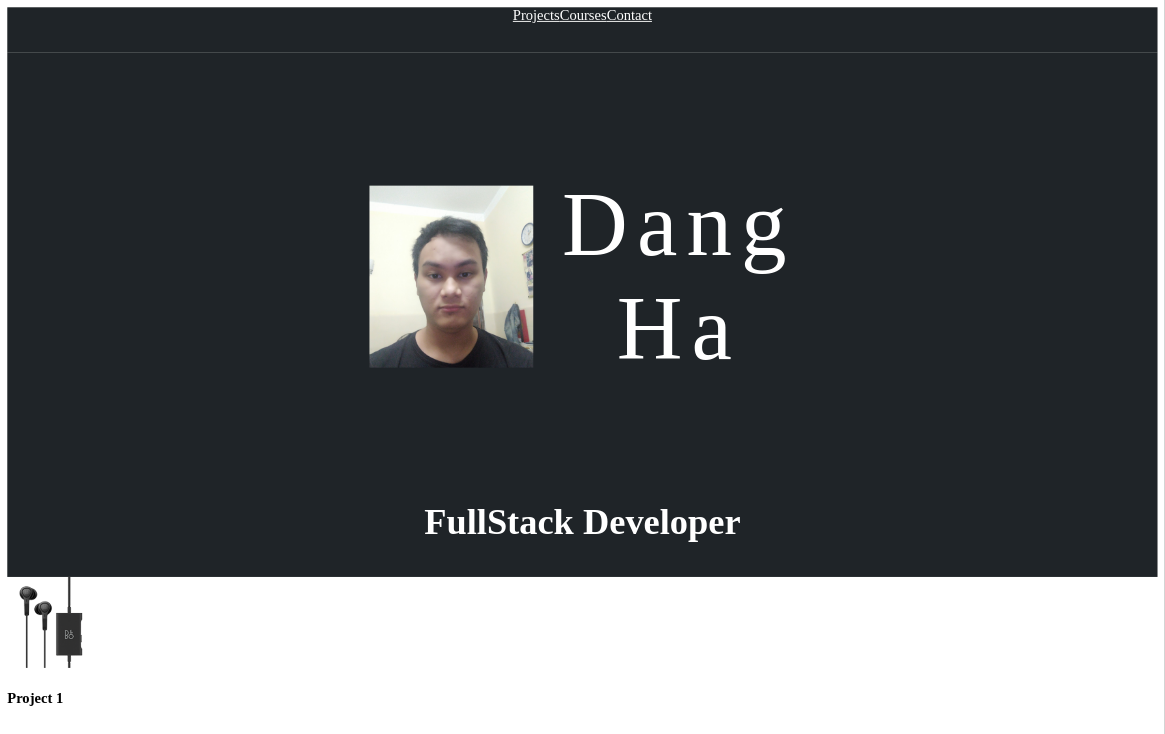
Repository: hagit01/ha-portfolio
Page: home.html
The author's editor kept a copy of each file at every save. The page is drawn from the files as they stood at one save, then again after a run of saves.
The browser window is 1280 px wide. The pictures show the whole page, at 91% of full size.

Above is the page before, as saved 2021-07-30 10:31:31.

After the next 2 saves:
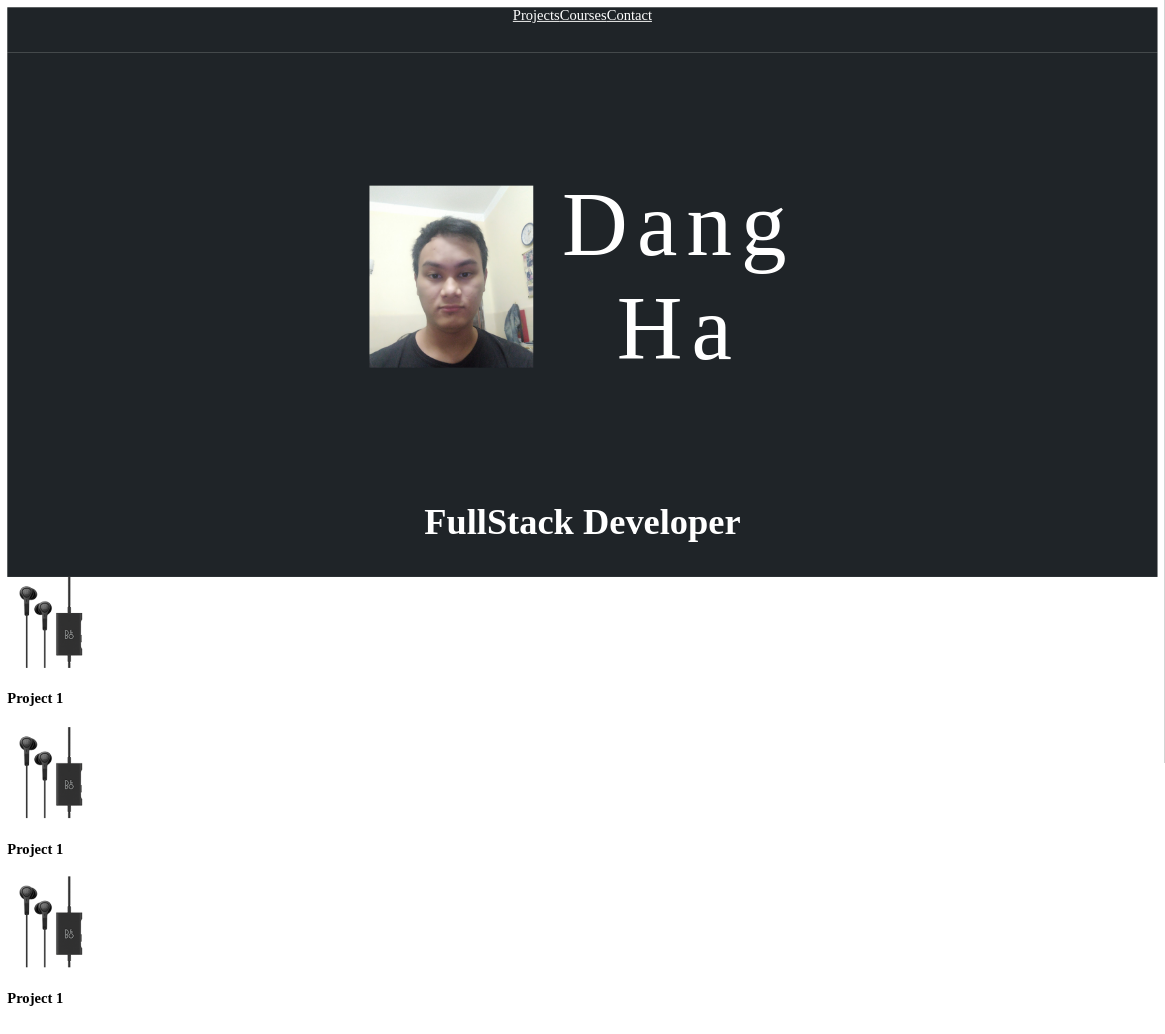
The 2 saves are shown as one change because they came seconds apart.
The last was saved 14 s later.
--- a/home.html
+++ b/home.html
@@ -48,6 +48,22 @@
                 </div>
             </div>
         </div>
+        <div class="project--wrapper">
+            <div class="project--column">
+                <img class="project--thumbnail" src="images/1.png" alt="" >
+                <div class="project--body">
+                    <h4>Project 1</h4>
+                </div>
+            </div>
+        </div>
+        <div class="project--wrapper">
+            <div class="project--column">
+                <img class="project--thumbnail" src="images/1.png" alt="" >
+                <div class="project--body">
+                    <h4>Project 1</h4>
+                </div>
+            </div>
+        </div>
     </section>
 
 </body>
